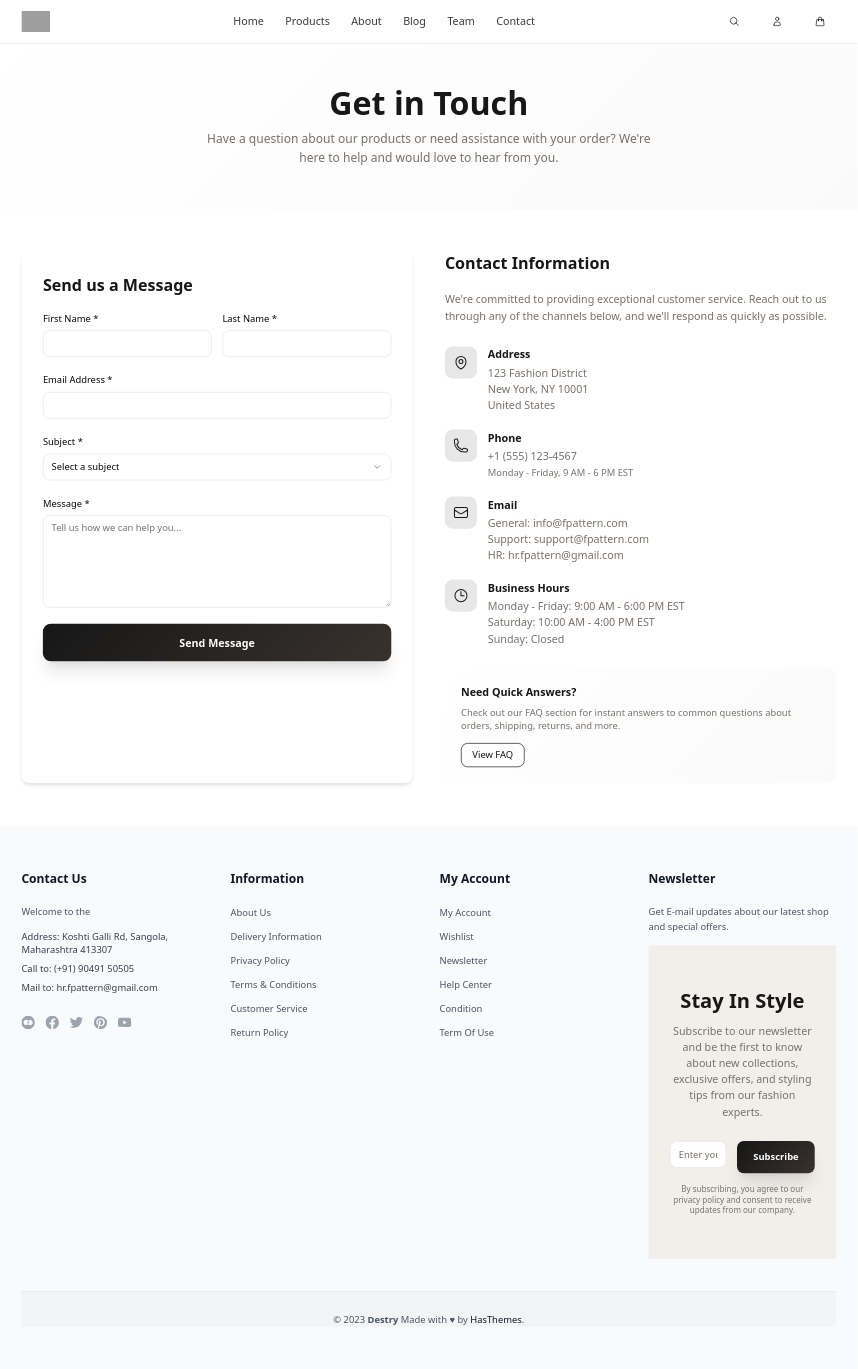
Repository: Fpattern-25/Ecommerce-Cloth-website
Page: /contact
The author's editor kept a copy of each file at every save. The page is drawn from the files as they stood at one save, then again after a run of saves.
The browser window is 1280 px wide. The pictures show the whole page, at 67% of full size.
Pictures or frames that could not be fetched are drawn as grey boxes. The project was rebuilt for these pictures with package versions that can differ from the ones it lists, and the page was loaded fresh each time. Also part of the build but not shown: vite.config.ts, src/components/ui/tooltip.tsx, src/components/ui/badge.tsx, src/components/ProductCard.tsx, src/components/ProductGrid.tsx, src/data/products.ts, src/pages/Home.tsx, src/pages/Products.tsx and 27 more.

Above is the page before, as saved 2025-08-06 10:51:40.

After the next 4 saves:
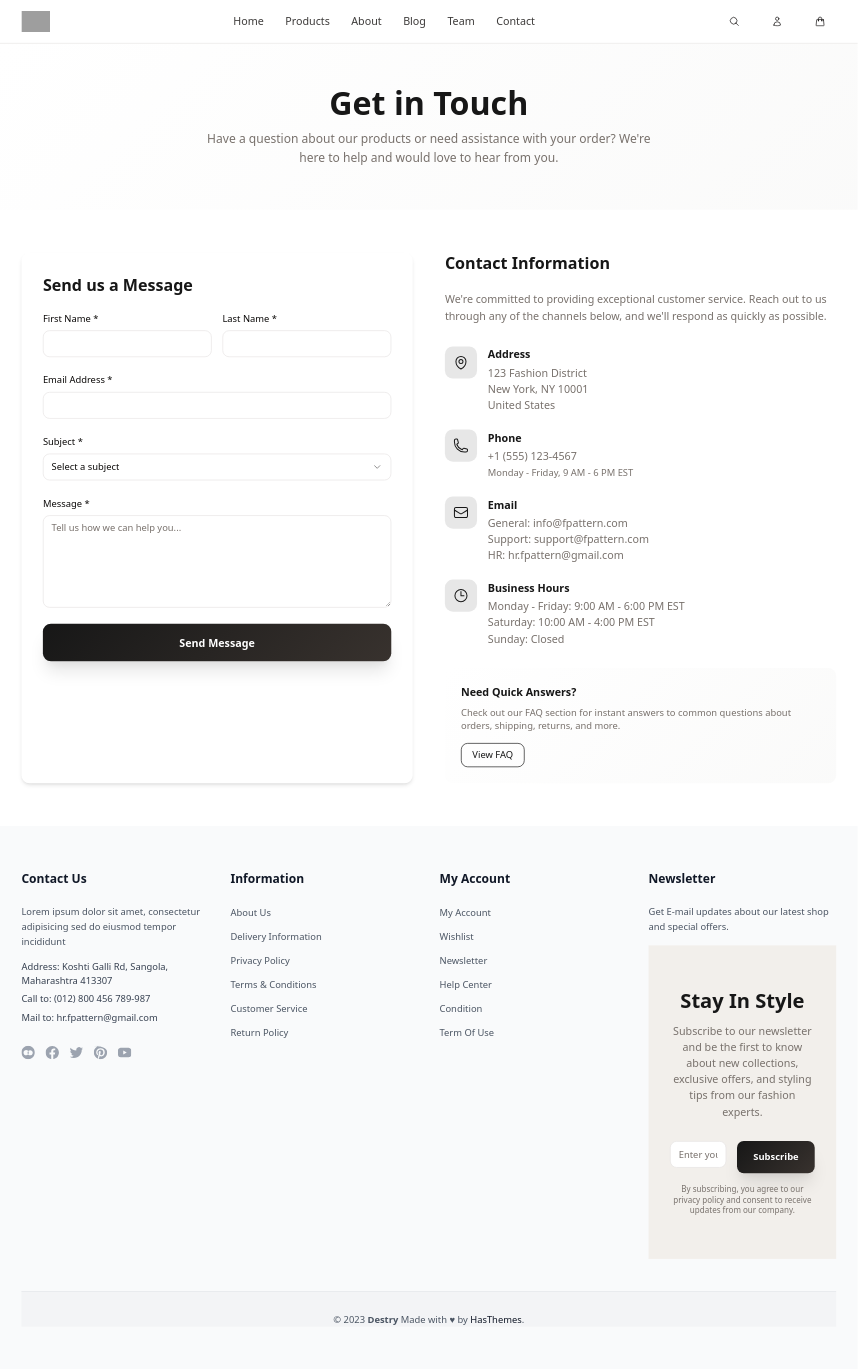
The 4 saves are shown as one change because they came seconds apart.
The last was saved 15 s later.
--- a/src/components/layout/Footer.tsx
+++ b/src/components/layout/Footer.tsx
@@ -36,15 +36,14 @@
             <h3 className="text-lg font-semibold mb-6 text-gray-900">Contact Us</h3>
             <div className="space-y-4">
               <p className="text-sm text-gray-600 leading-relaxed">
-                Welcome to the
+                Lorem ipsum dolor sit amet, consectetur adipisicing sed do eiusmod tempor incididunt
               </p>
               <div className="space-y-2">
                 <p className="text-sm">
                   <span className="font-medium">Address:</span> Koshti Galli Rd, Sangola, Maharashtra 413307
                 </p>
                 <p className="text-sm">
-                  <span className="font-medium">Call to:</span> (+91) 90491 50505
-
+                  <span className="font-medium">Call to:</span> (012) 800 456 789-987
                 </p>
                 <p className="text-sm">
                   <span className="font-medium">Mail to:</span> hr.fpattern@gmail.com

After the save that followed:
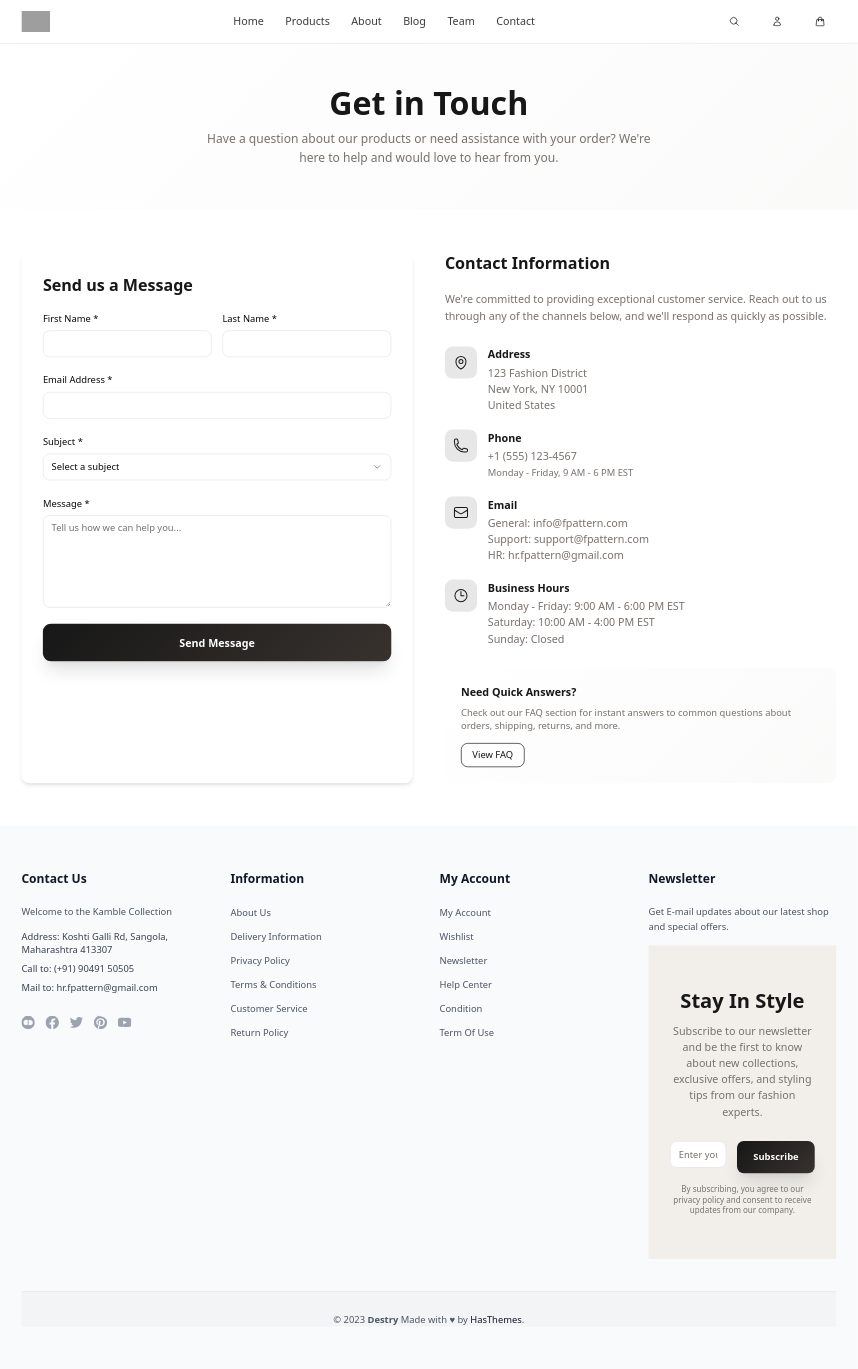
Saved 22 s later.
--- a/src/components/layout/Footer.tsx
+++ b/src/components/layout/Footer.tsx
@@ -36,14 +36,15 @@
             <h3 className="text-lg font-semibold mb-6 text-gray-900">Contact Us</h3>
             <div className="space-y-4">
               <p className="text-sm text-gray-600 leading-relaxed">
-                Lorem ipsum dolor sit amet, consectetur adipisicing sed do eiusmod tempor incididunt
+                Welcome to the Kamble Collection
               </p>
               <div className="space-y-2">
                 <p className="text-sm">
                   <span className="font-medium">Address:</span> Koshti Galli Rd, Sangola, Maharashtra 413307
                 </p>
                 <p className="text-sm">
-                  <span className="font-medium">Call to:</span> (012) 800 456 789-987
+                  <span className="font-medium">Call to:</span> (+91) 90491 50505
+
                 </p>
                 <p className="text-sm">
                   <span className="font-medium">Mail to:</span> hr.fpattern@gmail.com
